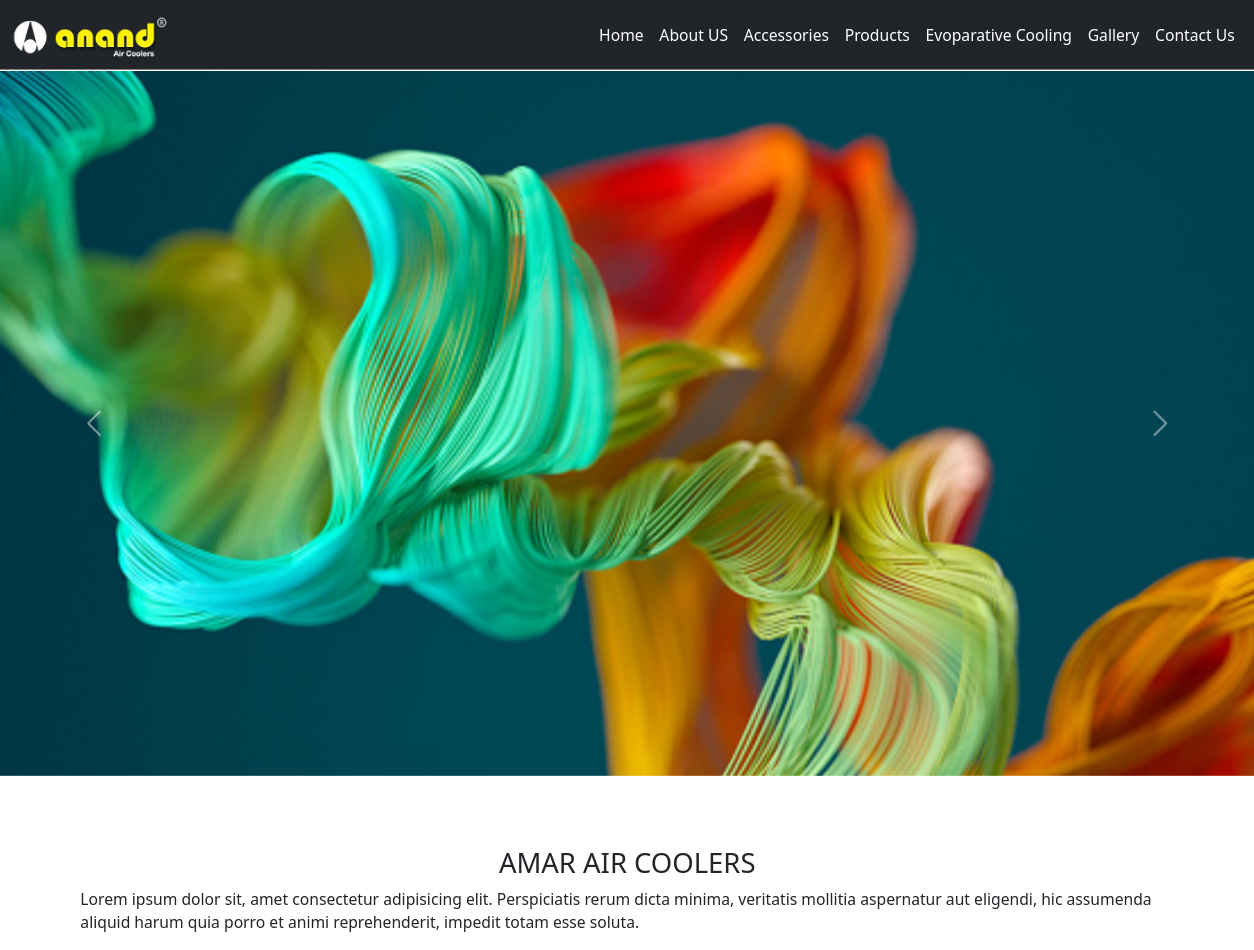
Repository: dhavalmaniyar/divakar
Page: http://localhost/
The author's editor kept a copy of each file at every save. The page is drawn from the files as they stood at one save, then again after the next save.
The browser window is 1280 px wide. The pictures show the whole page, at 98% of full size.
The page is served by the project's application, run on Django 3.2 (divakar_app/manage.py).

Above is the page before, as saved 2021-12-08 11:13:37.

After the next save:
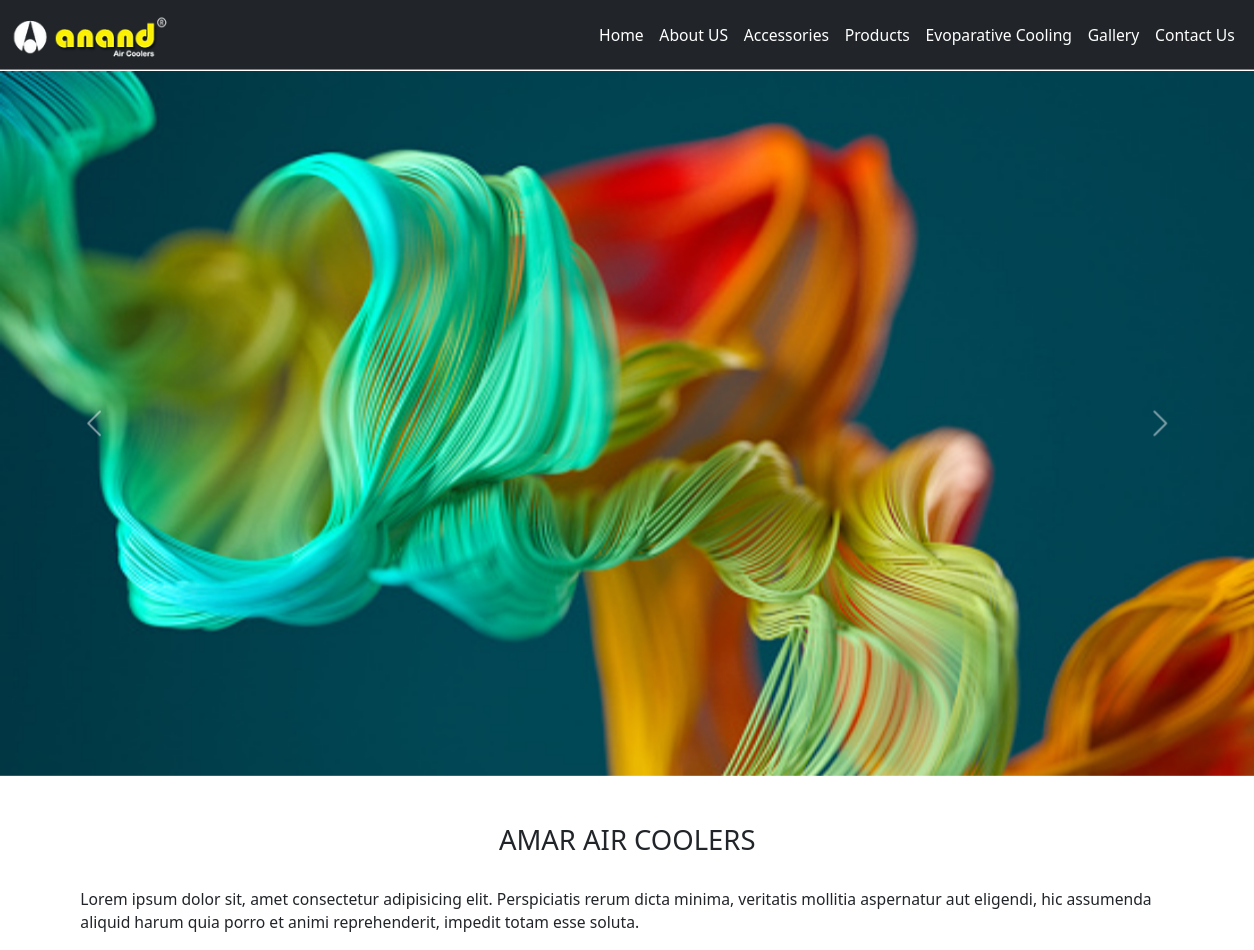
Saved 41 s later.
--- a/divakar_app/templates/index.html
+++ b/divakar_app/templates/index.html
@@ -23,8 +23,8 @@
       <span class="visually-hidden">Next</span>
     </button>
   </div>
-  <br><br><br>
-  <h3 class="text-center">AMAR AIR COOLERS</h3>
+  <br><br>
+  <h3 class="text-center">AMAR AIR COOLERS</h3><br>
   <div class="container">
       <p>Lorem ipsum dolor sit, amet consectetur adipisicing elit. Perspiciatis rerum dicta minima, veritatis mollitia aspernatur aut eligendi, hic assumenda aliquid harum quia porro et animi reprehenderit, impedit totam esse soluta.</p>
   </div>
